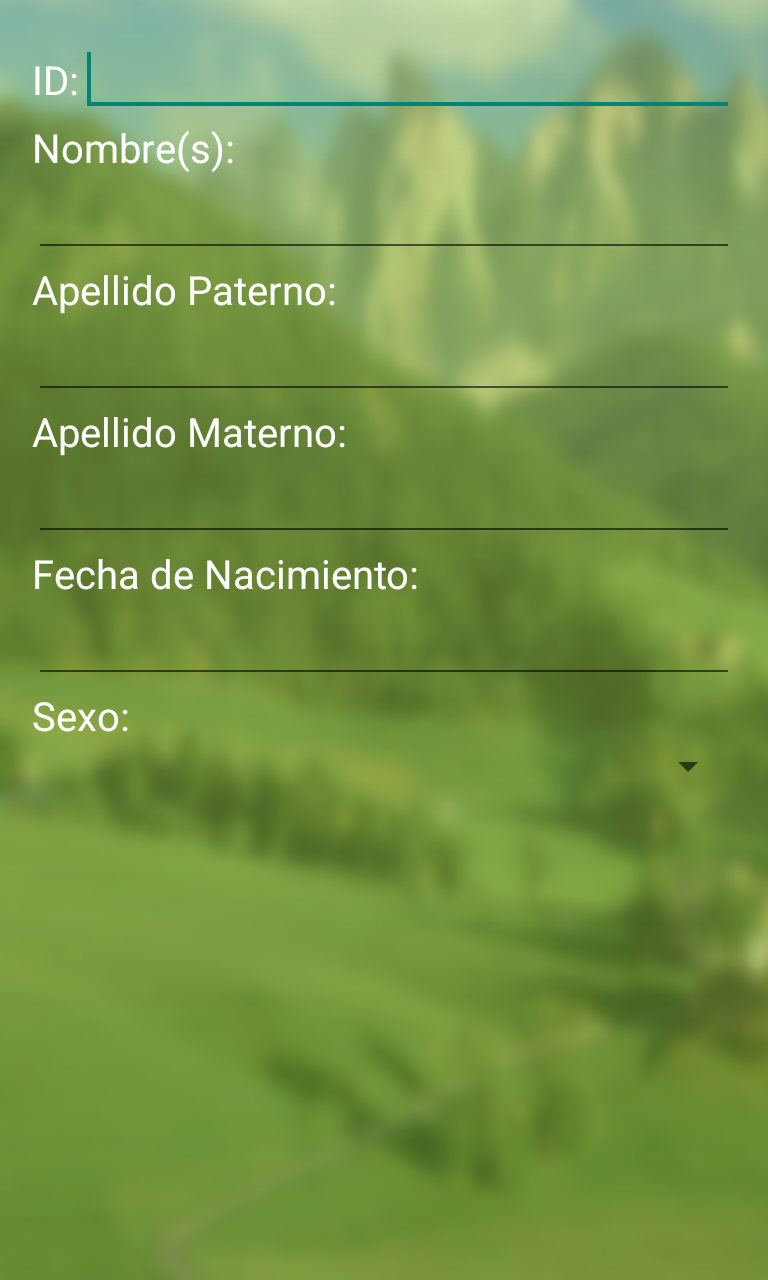
Repository: AntonioloNeviani/ProyectoDeInvestigacion_Android
Layout: FiliiStude/res/layout/activity_nuevo_usuario.xml
These files come from the project's save history. The layout is drawn as it stood at one moment and after the next save; the edit follows.
It is drawn on a 768 x 1280 px phone screen (xhdpi) without system bars, with theme AppTheme; the app's code is not run.

Above is the layout before, as saved 2015-05-26 09:02:38.

### FiliiStude/res/layout/activity_nuevo_usuario.xml
<RelativeLayout xmlns:android="http://schemas.android.com/apk/res/android"
    xmlns:tools="http://schemas.android.com/tools"
    android:layout_width="match_parent"
    android:layout_height="match_parent"
    android:background="@drawable/fondo4"
    android:paddingBottom="@dimen/activity_vertical_margin"
    android:paddingLeft="@dimen/activity_horizontal_margin"
    android:paddingRight="@dimen/activity_horizontal_margin"
    android:paddingTop="@dimen/activity_vertical_margin"
    tools:context="com.filii.filiistude.NuevoUsuario" >

    <LinearLayout
        android:layout_width="wrap_content"
        android:layout_height="wrap_content"
        android:layout_alignParentLeft="true"
        android:layout_alignParentRight="true"
        android:orientation="vertical" >

        <LinearLayout
            android:layout_width="match_parent"
            android:layout_height="wrap_content" >

            <TextView
                android:id="@+id/textView2"
                android:layout_width="wrap_content"
                android:layout_height="wrap_content"
                android:text="ID:"
                android:textColor="#FFFFFF"
                android:textSize="20sp" />

            <EditText
                android:id="@+id/editText1"
                android:layout_width="wrap_content"
                android:layout_height="wrap_content"
                android:layout_weight="1"
                android:inputType="number"
                android:textColor="#FFFFFF"
                android:textSize="20sp" >

                <requestFocus />
            </EditText>
        </LinearLayout>

        <TextView
            android:id="@+id/textView1"
            android:layout_width="wrap_content"
            android:layout_height="wrap_content"
            android:text="Nombre(s): "
            android:textColor="#FFFFFF"
            android:textSize="20sp" />

        <EditText
            android:id="@+id/editText2"
            android:layout_width="match_parent"
            android:layout_height="wrap_content"
            android:ems="10"
            android:inputType="textPersonName"
            android:textColor="#FFFFFF"
            android:textSize="20sp" />

        <TextView
            android:id="@+id/textView3"
            android:layout_width="wrap_content"
            android:layout_height="wrap_content"
            android:text="Apellido Paterno: "
            android:textColor="#FFFFFF"
            android:textSize="20sp" />

        <EditText
            android:id="@+id/editText3"
            android:layout_width="match_parent"
            android:layout_height="wrap_content"
            android:ems="10"
            android:inputType="textPersonName"
            android:textColor="#FFFFFF"
            android:textSize="20sp" />

        <TextView
            android:id="@+id/textView4"
            android:layout_width="wrap_content"
            android:layout_height="wrap_content"
            android:text="Apellido Materno: "
            android:textColor="#FFFFFF"
            android:textSize="20sp" />

        <EditText
            android:id="@+id/editText4"
            android:layout_width="match_parent"
            android:layout_height="wrap_content"
            android:ems="10"
            android:inputType="textPersonName"
            android:textColor="#FFFFFF"
            android:textSize="20sp" />

        <TextView
            android:id="@+id/textView5"
            android:layout_width="wrap_content"
            android:layout_height="wrap_content"
            android:text="Fecha de Nacimiento: "
            android:textColor="#FFFFFF"
            android:textSize="20sp" />

        <EditText
            android:id="@+id/editText5"
            android:layout_width="match_parent"
            android:layout_height="wrap_content"
            android:ems="10"
            android:inputType="date"
            android:textColor="#FFFFFF"
            android:textSize="20sp" />

        <TextView
            android:id="@+id/textView6"
            android:layout_width="wrap_content"
            android:layout_height="wrap_content"
            android:text="Sexo: "
            android:textColor="#FFFFFF"
            android:textSize="20sp" />

        <Spinner
            android:id="@+id/sexo"
            android:layout_width="match_parent"
            android:layout_height="wrap_content"
            android:textColor="#FFFFFF"
            android:textSize="20sp" />
    </LinearLayout>

</RelativeLayout>

Loaded but not shown: FiliiStude/res/values/styles.xml (common file); FiliiStude/res/values-v11/styles.xml (common file); FiliiStude/res/values-v14/styles.xml (common file); FiliiStude/res/values/dimens.xml (common file); FiliiStude/res/values-w820dp/dimens.xml (common file)

After the next save:
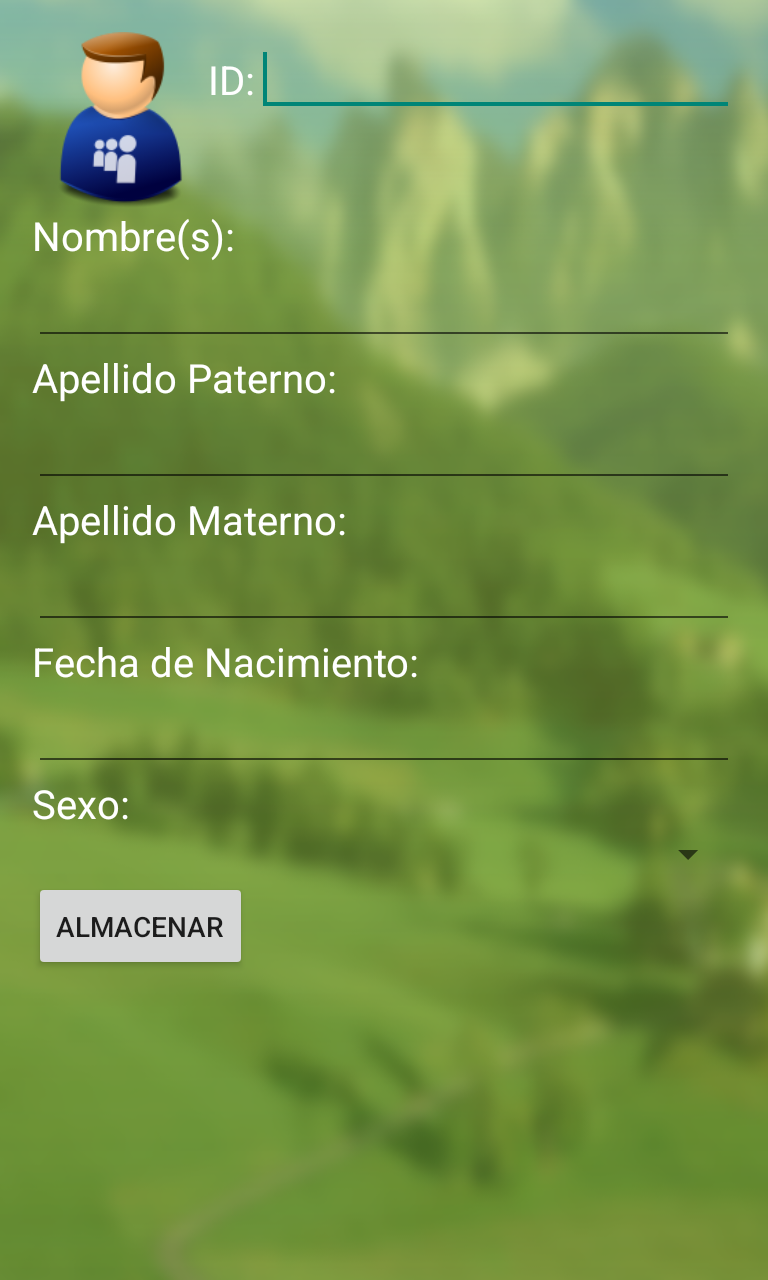
Saved 3 min 18 s later.
--- a/FiliiStude/res/layout/activity_nuevo_usuario.xml
+++ b/FiliiStude/res/layout/activity_nuevo_usuario.xml
@@ -19,6 +19,12 @@
         <LinearLayout
             android:layout_width="match_parent"
             android:layout_height="wrap_content" >
+
+            <ImageView
+                android:id="@+id/imageView1"
+                android:layout_width="88dp"
+                android:layout_height="88dp"
+                android:src="@drawable/usuario" />
 
             <TextView
                 android:id="@+id/textView2"
@@ -123,6 +129,19 @@
             android:layout_height="wrap_content"
             android:textColor="#FFFFFF"
             android:textSize="20sp" />
+
+        <LinearLayout
+            android:layout_width="match_parent"
+            android:layout_height="wrap_content" >
+
+            <Button
+                android:id="@+id/button1"
+                android:layout_width="wrap_content"
+                android:layout_height="wrap_content"
+                android:text="Almacenar" />
+
+        </LinearLayout>
+
     </LinearLayout>
 
 </RelativeLayout>
